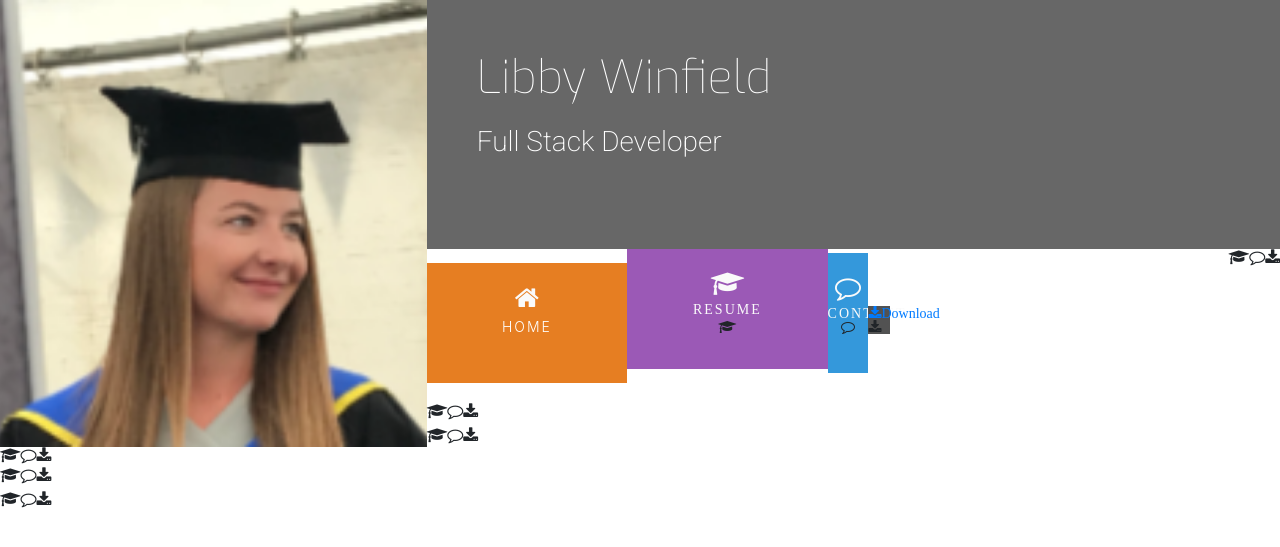
Repository: LibbyWin/CV
Page: index.html
The author's editor kept a record of every edit. The page is drawn from the files as they stood at one moment, then again after the next edit.
The browser window is 1280 px wide. The pictures show the whole page.

Above is the page before.

After the next edit:
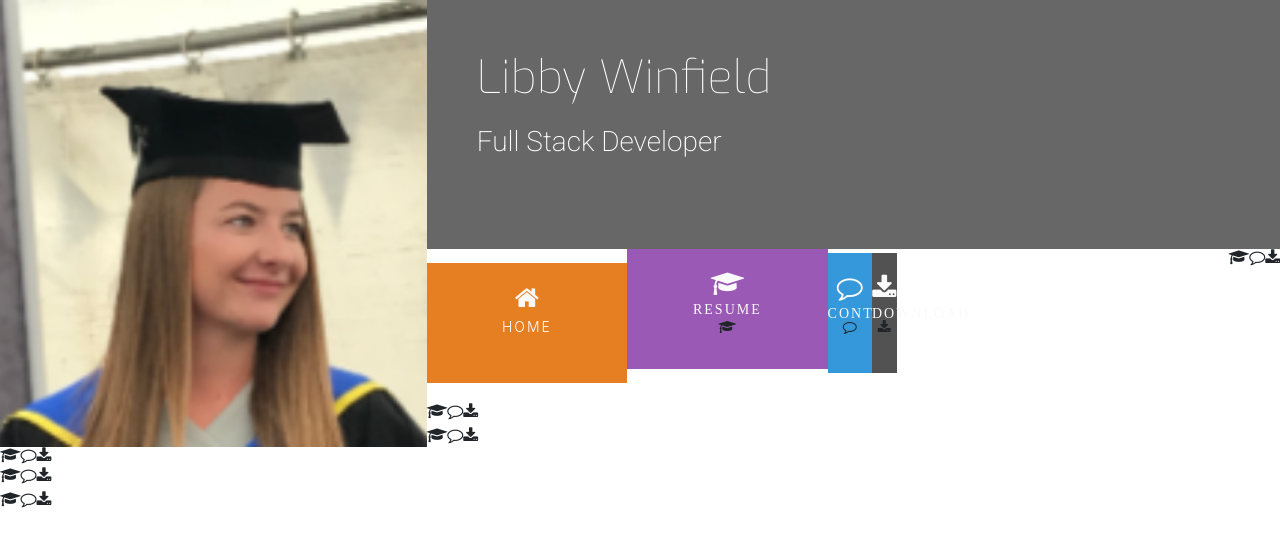
The edit:
--- a/index.html
+++ b/index.html
@@ -38,7 +38,7 @@
                             <li class="col-6 col-sm-3 ui-menu-color-contact list-inline-item menuitem">
                                 <a href="#"><i class="fa fa-comment-o" aria-hidden_"true"><span>Contact</span></a>
                             </li>
-                            <li class="col-6 col-sm-3 ui-menu-color-download list-inline-item">
+                            <li class="col-6 col-sm-3 ui-menu-color-download list-inline-item menuitem">
                                 <a href="#"><i class="fa fa-download" aria-hidden_"true"><span>Download</span></a>
                             </li>
                         </ul>
